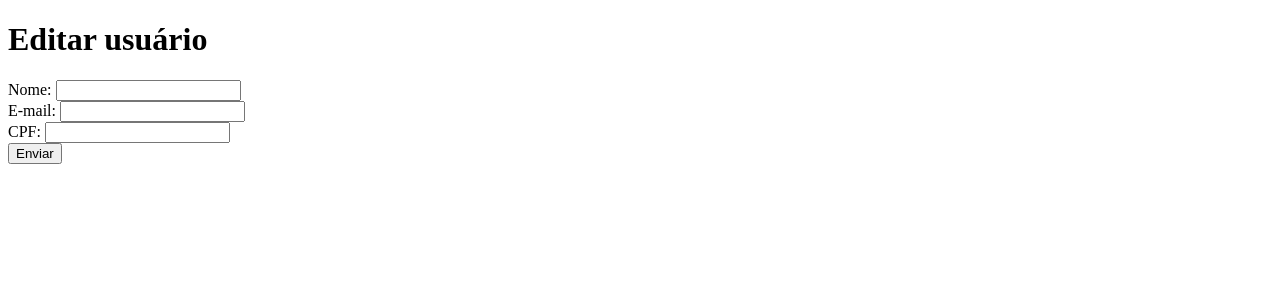
Repository: marcelsmelo/Aula-JSP
Page: http://localhost/CRUD-JSP/editarUsuario.jsp
An editor plug-in stored every save of this project. The page is shown before and after the next save, followed by the edit.
The browser window is 1280 px wide. The pictures show the whole page.
The page is served by Tomcat 9.

Above is the page before, as saved 2016-06-14 17:30:27.

After the next save:
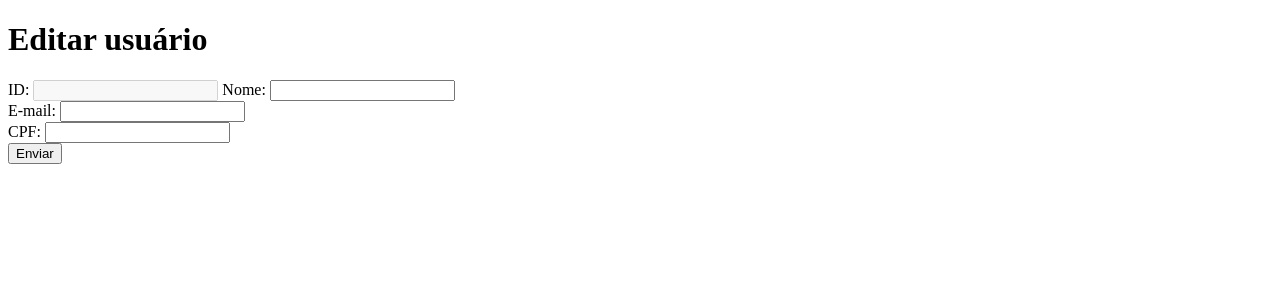
Saved 32 s later.
--- a/CRUD-JSP/WebContent/editarUsuario.jsp
+++ b/CRUD-JSP/WebContent/editarUsuario.jsp
@@ -9,6 +9,9 @@
 <body>
 	<h1>Editar usuário</h1>
 	<form method="POST" action="NovoUsuarioServlet">
+		<label>
+			ID: <input type="text" name="id" disabled />
+		</label>
 		<label>
 			Nome: <input type="text" name="name" required/>
 		</label>
